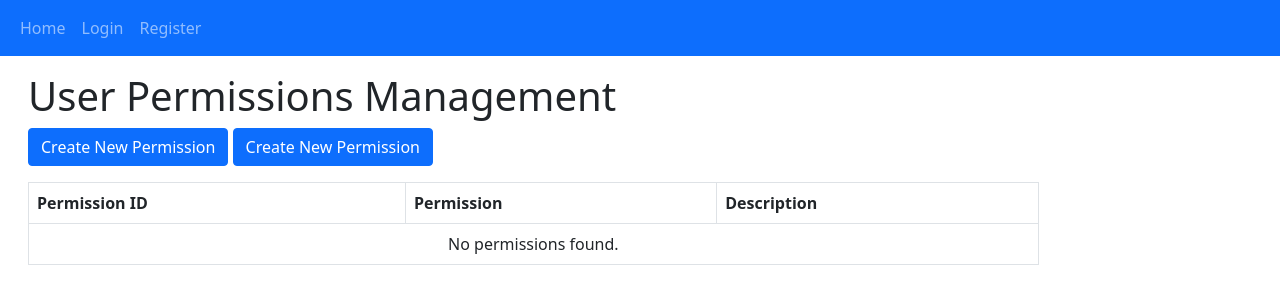
Repository: Matsikembareb/myPowervision
Page: http://localhost/permissions
These files come from the project's save history. The page is drawn as it stood at one moment and after the next save; the edit follows.
The browser window is 1280 px wide. The pictures show the whole page.
The page is served by the project's application, run on Flask 3 (01prototype/myPowervision/__init__.py). Other server files are loaded and not shown. Queries for data that is not in the repository find no rows.

Above is the page before, as saved 2025-09-26 19:21:24.

### 01prototype/myPowervision/templates/user_management/permissions.html
{% extends "base.html" %}
{% block content %}
<h1>User Permissions Management</h1>
<div class="mb-3">
    <a href="{{ url_for('create_permission') }}" class="btn btn-primary">Create New Permission</a>
    <a href="{{ url_for('create_permission') }}" class="btn btn-primary">Create New Permission</a>
</div>
<table class="table table-bordered">
    <thead>
        <tr>
            <th>Permission ID</th>
            <th>Permission</th>
            <th>Description</th>
        </tr>
    </thead>
    <tbody>
        {% if permissions %}
            {% for permission in permissions %}
            <tr>
                <td>{{ permission.id }}</td>
                <td>{{ permission.permission }}</td>
                <td>{{ permission.description }}</td>
            </tr>
            {% endfor %}
        {% else %}
        <tr>
            <td colspan="4" class="text-center">No permissions found.</td>
        </tr>
        {% endif %}
    </tbody>
</table>
{% endblock content %}

### 01prototype/myPowervision/templates/base.html
<!doctype html>
<html lang="en">
  <head>
    <!-- Required meta tags -->
    <meta charset="utf-8">
    <meta name="viewport" content="width=device-width, initial-scale=1">

    <!-- Bootstrap CSS -->
    <link href="https://cdn.jsdelivr.net/npm/bootstrap@5.0.2/dist/css/bootstrap.min.css" rel="stylesheet" integrity="sha384-EVSTQN3/azprG1Anm3QDgpJLIm9Nao0Yz1ztcQTwFspd3yD65VohhpuuCOmLASjC" crossorigin="anonymous">
    <!-- Font Awesome for icons -->
    <link href="https://cdnjs.cloudflare.com/ajax/libs/font-awesome/6.0.0/css/all.min.css" rel="stylesheet">

    {% if title %}
    <title>{{ title }} - myPowervision</title>
    {% else %}
    <title>myPowervision</title>
    {% endif %}
  </head>
  <body>
    <nav class="navbar navbar-expand-sm bg-primary navbar-dark">
      <div class="container-fluid">
        <ul class="navbar-nav">
          <li class="nav-item">
          <a class="nav-link {{ 'active' if active == 'home' else '' }}" href="{{ url_for('home_page') }}">Home<span class="visually-hidden">(current)</span></a>
          </li>
          {% if current_user.is_anonymous %}
          <li class="nav-item">
            <a class="nav-link {{ 'active' if active == 'login' else '' }}" href="{{ url_for('login_page') }}">Login</a>
          </li>
          <li class="nav-item">
            <a class="nav-link {{ 'active' if active == 'register' else '' }}" href="{{ url_for('register_page') }}">Register</a>
          </li>
          {% else %}
          <li class="nav-item">
            <a class="nav-link btn btn-outline-light btn-sm" href="{{ url_for('logout') }}">Logout</a>
          </li>
          {% endif %}
        </ul>
      </div>
    </nav>


    <!-- Flash messages -->
    {% with messages=get_flashed_messages(with_categories=True) %}
      {% if messages %}
        <div class="container-fluid mt-3">
          {% for category, message in messages %}
            <div class="alert alert-{{ category }} alert-dismissible fade show">
              <button type="button" class="btn-close" data-bs-dismiss="alert" aria-label="Close"></button>
              {{ message }}
            </div>
          {% endfor %}
        </div>
      {% endif %}
    {% endwith %}

    <!-- Main layout with sidebar and content -->
    <div class="container-fluid">
      <div class="row">
        {% if current_user.is_authenticated %}
        <!-- Vertical Sidebar -->
        <div class="col-md-3 col-lg-2 px-0">
          {% include 'menu.html' %}
        </div>
        {% endif %}
        <!-- Main Content Area -->
        <div class="col-md-9 col-lg-10">
          <main class="p-3">
            {% block content %}{% endblock content %}
          </main>
        </div>
      </div>
    </div>

    <!-- Bootstrap Bundle with Popper -->
    <script src="https://cdn.jsdelivr.net/npm/bootstrap@5.0.2/dist/js/bootstrap.bundle.min.js" integrity="sha384-MrcW6ZMFYlzcLA8Nl+NtUVF0sA7MsXsP1UyJoMp4YLEuNSfAP+JcXn/tWtIaxVXM" crossorigin="anonymous"></script>
  </body>
</html>

### 01prototype/myPowervision/routes.py
from myPowervision import app
from flask import render_template, url_for, redirect, flash, request
from flask_login import login_user, logout_user, current_user
from urllib.parse import urlsplit
import sqlalchemy as sa

from myPowervision import db
from myPowervision.forms import LoginForm, RegistrationForm, RoleForm, PermissionForm, StaffForm
from myPowervision.models import Permission, Role, Staff, User


@app.route('/')
@app.route('/home')
def home_page():
    return render_template('index.html', title='Home', active='home')

@app.route('/register', methods=['GET', 'POST'])
def register_page():
    if current_user.is_authenticated:
        return redirect(url_for('home_page'))
    form = RegistrationForm()
    if form.validate_on_submit():
        user = User(username=form.username.data, email=form.email.data)
        user.set_password(form.password.data)
        db.session.add(user)
        db.session.commit()
        flash('Registration successful! You can now log in.', category='success')
        return redirect(url_for('login_page'))
    return render_template('auth/register.html', title='Register', active='register', form=form)

@app.route('/login', methods=['GET', 'POST'])
def login_page():
    if current_user.is_authenticated:
        return redirect(url_for('home_page'))
    form = LoginForm()
    if form.validate_on_submit():
        user = db.session.scalar(sa.select(User).where(User.username == form.username.data))
        if user:
            if user.check_password(form.password.data):
                login_user(user, remember=form.remember_me.data)
                next_page = request.args.get('next')
                if not next_page or urlsplit(next_page).netloc != '':
                    next_page = url_for('home_page')
                flash(f'Login successful for user {form.username.data}', category='success')
                return redirect(next_page)
            else:
                flash('Invalid password!', category='danger')
                return redirect(url_for('login_page'))
        else:
            flash('User not found!', category='danger')
            return redirect(url_for('login_page'))

    return render_template('auth/login.html', title='Sign In', active='login', form=form)

@app.route('/forgot-password')
def forgot_password_page():
    return render_template('auth/forgot_password.html', title='Forgot Password', active='forgot_password')

@app.route('/logout')
def logout():
    logout_user()
    flash('You have been logged out.', category='success')
    return redirect(url_for('home_page'))

# ---------------------------------STAFF, DEPARTMENTS, POSITIONS--------------------------------------
# ---------------------------------Staff--------------------------------------
@app.route("/staff")
def staffManagement():
    return render_template('staff_management/staff.html', title='Staff Management', active='staff')
@app.route("/create-staff", methods=['GET', 'POST'])
def create_staff():
    form = StaffForm()
    if form.validate_on_submit():
        new_staff = Staff(name=form.name.data, department=form.department.data, position=form.position.data)
        db.session.add(new_staff)
        db.session.commit()
        flash('Staff created successfully!', category='success')
        return redirect(url_for('staffManagement'))
    return render_template('staff_management/create_staff.html', title='Create Staff', active='staff', form=form)
# ---------------------------------Departments--------------------------------------
@app.route("/departments")
def departmentManagement():
    return render_template('staff_management/departments.html', title='Department Management', active='departments')
# ---------------------------------Positions--------------------------------------
@app.route("/positions")
def positionManagement():
    return render_template('staff_management/positions.html', title='Position Management', active='positions')

# ---------------------------------USERS, ROLES, PERMISSIONS--------------------------------------
# ---------------------------------Users--------------------------------------
@app.route("/users")
def userManagement():
    users = db.session.scalars(sa.select(User)).all()
    return render_template('user_management/users.html', title='User Management', active='users', users=users)

# ---------------------------------Roles--------------------------------------
@app.route("/roles")
def roleManagement():
    roles = db.session.scalars(sa.select(Role)).all()
    return render_template('user_management/roles.html', title='Role Management', active='roles', roles=roles)

@app.route("/create-role", methods=['GET', 'POST'])
def create_role():
    form = RoleForm()
    if form.validate_on_submit():
        new_role = Role(name=form.name.data, description=form.description.data)
        db.session.add(new_role)
        db.session.commit()
        flash('Role created successfully!', category='success')
        return redirect(url_for('roleManagement'))
    return render_template('user_management/create_role.html', title='Create Role', active='roles', form=form)

# ---------------------------------Permissions--------------------------------------
@app.route("/permissions")
def permissionManagement():
    permissions = db.session.scalars(sa.select(Permission)).all()
    return render_template('user_management/permissions.html', title='Permission Management', active='permissions', permissions=permissions)

@app.route("/create-permission", methods=['GET', 'POST'])
def create_permission():
    form = PermissionForm()
    if form.validate_on_submit():
        new_permission = Permission(permission=form.permission.data, description=form.description.data)
        db.session.add(new_permission)
        db.session.commit()
        flash('Permission created successfully!', category='success')
        return redirect(url_for('permissionManagement'))
    return render_template('user_management/create_permission.html', title='Create Permission', active='permissions', form=form)
# ---------------------------------admin area--------------------------------------


# admin dashboard
@app.route("/admin/dashboard", methods=['GET','POST'])
def adminDashboard():
    if not session.get('admin_id'):
        return redirect(url_for('adminIndex'))
    total_users = User.query.count()
    approved_users = User.query.filter_by(status=1).count()
    disapproved_users = User.query.filter_by(status=0).count()
    return render_template("auth/admin/dashboard.html", title="Admin Dashboard", total_users=total_users, approved_users=approved_users, disapproved_users=disapproved_users)

# ADMIN get all users
@app.route("/admin/users", methods=['GET','POST'])
def adminUsers():
    if not session.get('admin_id'):
        return redirect(url_for('adminIndex'))
    users = User.query.all()
    if request.method == 'POST':
        # Fetch all users
        search = request.form.get('search')
        users = User.query.filter((User.fname.contains(search)) | (User.lname.contains(search)) | (User.email.contains(search))).all()
    return render_template("auth/admin/users.html", title="All Users", users=users)

# ADMIN approve user
@app.route("/admin/approve/<int:user_id>")
def adminApproveUser(user_id):
    if not session.get('admin_id'):
        return redirect(url_for('adminIndex'))
    user = User.query.get(user_id)
    if user:
        user.status = 1  # Approve the user
        db.session.commit()
        flash("User approved successfully", "success")
    else:
        flash("Error!", "danger")
    return redirect(url_for('adminUsers'))

# ADMIN disapprove user
@app.route("/admin/disapprove")
def adminDisapproveUser(user_id):
    if not session.get('admin_id'):
        return redirect(url_for('adminIndex'))
    user = User.query.get(user_id)
    if user:
        user.status = 0  # Disapprove the user
        db.session.commit()
        flash("User disapproved successfully", "success")
    else:
        flash("Error!", "danger")
    return redirect(url_for('adminUsers'))

### 01prototype/myPowervision/__init__.py
from flask import Flask, render_template, redirect, url_for, flash
from config import Config
from flask_sqlalchemy import SQLAlchemy
from flask_migrate import Migrate
from flask_login import LoginManager

app = Flask(__name__)
app.config.from_object(Config)
db = SQLAlchemy(app)
migrate = Migrate(app, db)
login = LoginManager(app)
login.login_view = 'login_page'

from myPowervision import routes, models

After the next save:
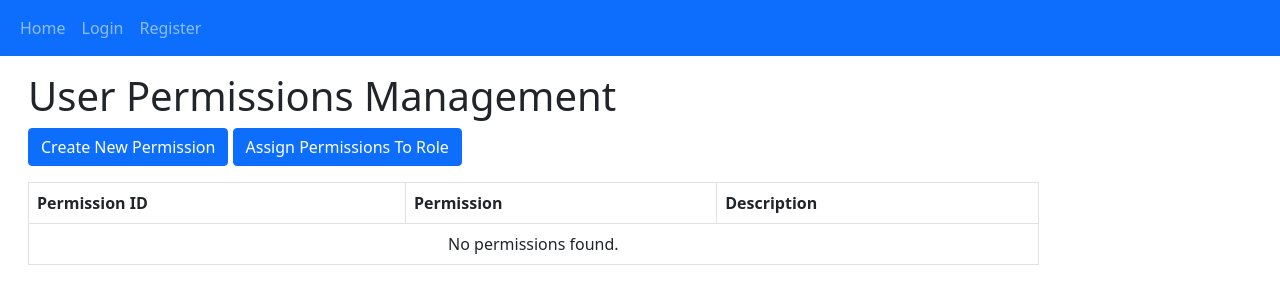
Saved 104 s later.
--- a/01prototype/myPowervision/templates/user_management/permissions.html
+++ b/01prototype/myPowervision/templates/user_management/permissions.html
@@ -3,7 +3,7 @@
 <h1>User Permissions Management</h1>
 <div class="mb-3">
     <a href="{{ url_for('create_permission') }}" class="btn btn-primary">Create New Permission</a>
-    <a href="{{ url_for('create_permission') }}" class="btn btn-primary">Create New Permission</a>
+    <a href="{{ url_for('create_permission') }}" class="btn btn-primary">Assign Permissions To Role</a>
 </div>
 <table class="table table-bordered">
     <thead>
